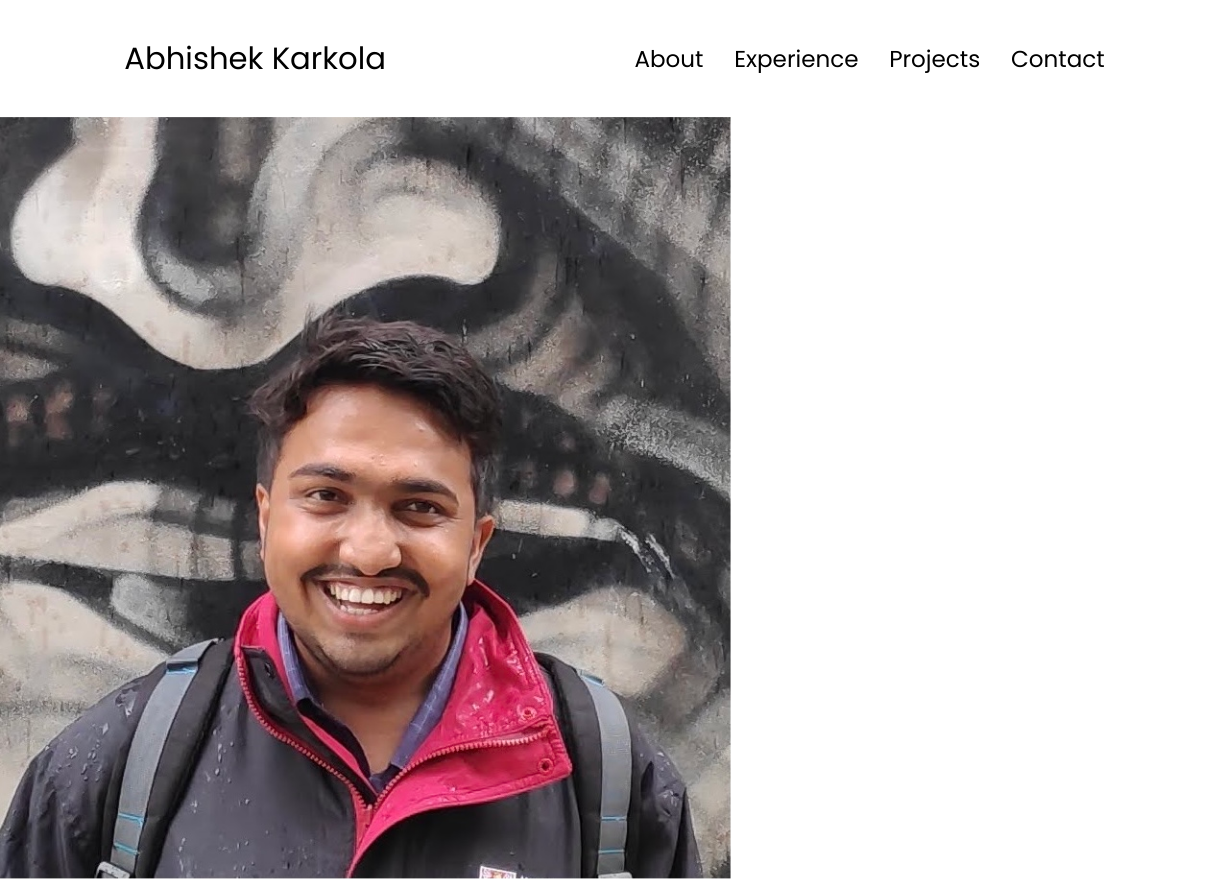
Repository: APersonalVoyage/APersonalVoyage.github.io
Page: index.html
An editor plug-in stored every save of this project. The page is shown before and after the next save, followed by the edit.
The browser window is 1280 px wide. The pictures show the whole page, at 96% of full size.

Above is the page before, as saved 2023-08-23 18:21:39.

After the next save:
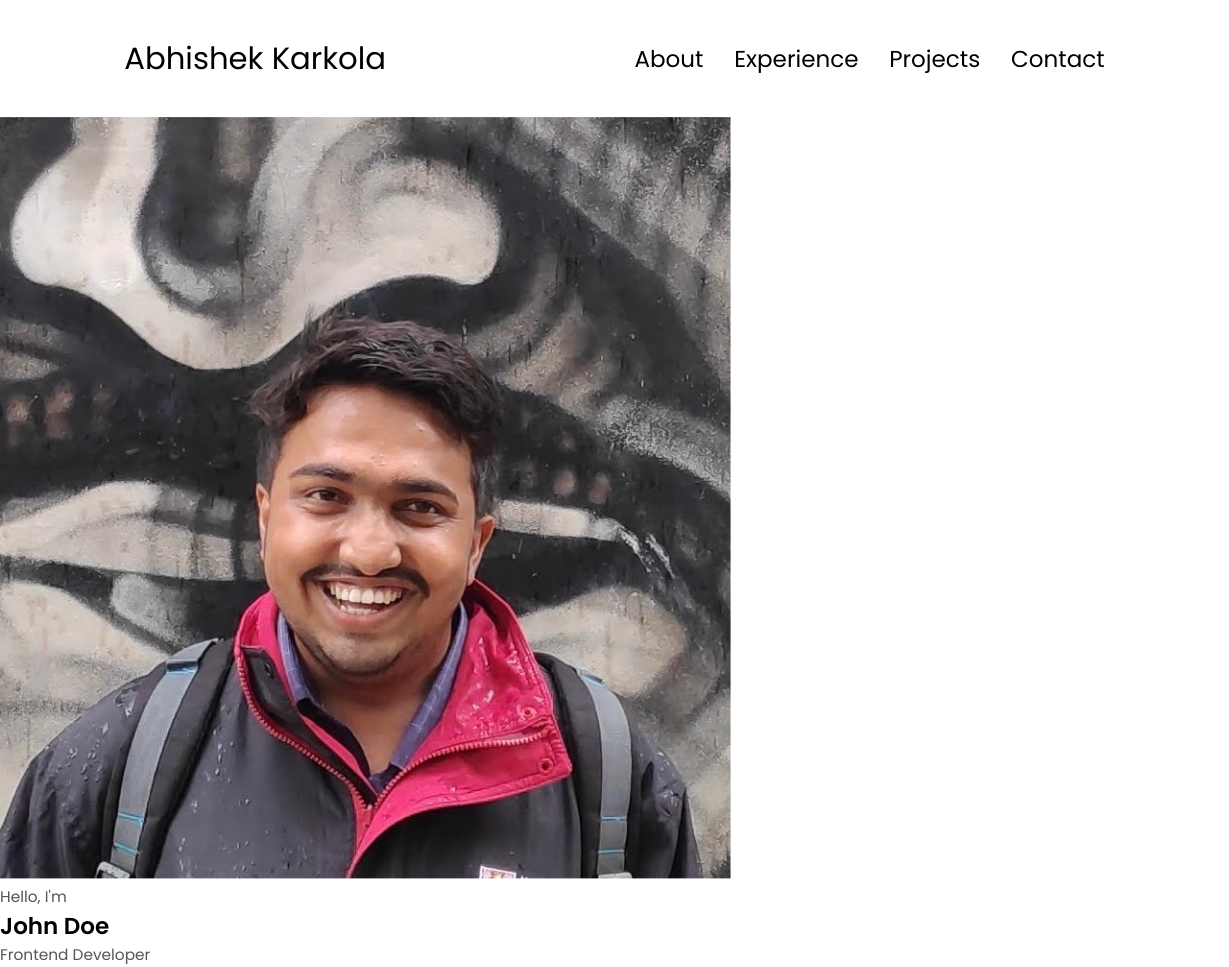
Saved 2 min 28 s later.
--- a/index.html
+++ b/index.html
@@ -39,6 +39,13 @@
     <section id = "profile">
         <div class="section__pic-container">
             <img src="./assets/Photo.jpeg" alt="profile" class="section__pic">
+        </div>
+        <div class= "section_text">
+            <p class="section__text__p1">Hello, I'm</p>
+        <h1 class="title">John Doe</h1>
+        <p class="section__text__p2">Frontend Developer</p>
+
+        </div>
     </section>
 
     <script src="script.js"></script>
